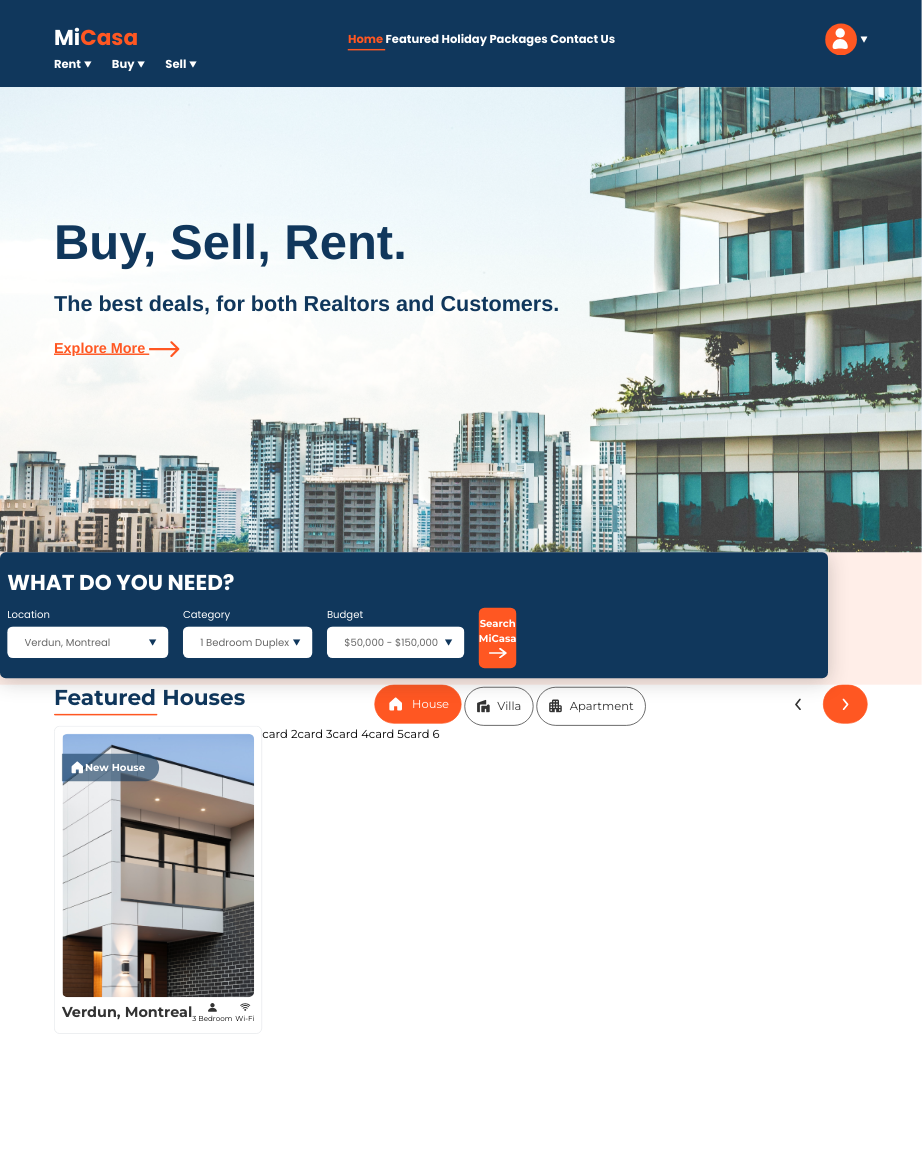
Repository: BenUnyolo/micasa-frontend
Page: index.html
An editor plug-in stored every save of this project. The page is shown before and after the next save, followed by the edit.
The browser window is 1280 px wide. The pictures show the whole page, at 72% of full size.

Above is the page before, as saved 2021-10-17 16:55:02.

### index.html
<!DOCTYPE html>
<html lang="en">
  <head>
    <meta charset="UTF-8" />
    <meta http-equiv="X-UA-Compatible" content="IE=edge" />
    <meta name="viewport" content="width=device-width, initial-scale=1.0" />
    <title>Document</title>
    <link rel="stylesheet" href="tailwind.css" />
  </head>
  <body>
    <!-- HEADER -->
    <header class="pt-8 pb-5 text-white bg-primary-600">
      <div class="inner-container">
        <!-- top row -->
        <div class="flex flex-row justify-between">
          <a
            href="/"
            class="inline-block text-3xl font-bold leading-10 font-poppins"
          >
            Mi<span class="text-secondary-600">Casa</span>
          </a>
          <nav class="flex items-center inline-block">
            <ul class="font-bold li-inline space-x-14 font-poppins">
              <li
                class="
                  text-secondary-600
                  border-b-2
                  pb-0.5
                  border-secondary-600
                "
              >
                <a href="/">Home</a>
              </li>
              <li><a href="#">Featured</a></li>
              <li><a href="#">Holiday Packages</a></li>
              <li><a href="#">Contact Us</a></li>
            </ul>
          </nav>
          <div class="flex flex-row items-center">
            <img src="assets/images/user_avatar.svg" alt="user avatar" />
            <svg
              width="14"
              height="12"
              viewBox="0 0 14 12"
              fill="none"
              xmlns="http://www.w3.org/2000/svg"
              class="pl-1"
            >
              <title>profile dropdown</title>
              <path d="M7 12L0.0717964 0H13.9282L7 12Z" fill="white" />
            </svg>
          </div>
        </div>
        <!-- bottom row -->
        <div>
          <ul class="space-x-6 font-bold li-inline font-poppins">
            <li>
              Rent
              <svg
                width="12"
                height="9"
                viewBox="0 0 12 9"
                fill="none"
                xmlns="http://www.w3.org/2000/svg"
                class="inline-block"
              >
                <path d="M6 9L0.803848 0H11.1962L6 9Z" fill="white" />
              </svg>
            </li>
            <li>
              Buy
              <svg
                width="12"
                height="9"
                viewBox="0 0 12 9"
                fill="none"
                xmlns="http://www.w3.org/2000/svg"
                class="inline-block"
              >
                <path d="M6 9L0.803848 0H11.1962L6 9Z" fill="white" />
              </svg>
            </li>
            <li>
              Sell
              <svg
                width="12"
                height="9"
                viewBox="0 0 12 9"
                fill="none"
                xmlns="http://www.w3.org/2000/svg"
                class="inline-block"
              >
                <path d="M6 9L0.803848 0H11.1962L6 9Z" fill="white" />
              </svg>
            </li>
          </ul>
        </div>
      </div>
    </header>

    <!-- HERO -->
    <div class="hero">
      <div class="flex inner-container">
        <div class="w-6/12">
          <h1 class="text-primary-600">Buy, Sell, Rent.</h1>
          <h2 class="mt-7.5 text-primary-600">
            The best deals, for both Realtors and Customers.
          </h2>
          <a
            href="#"
            class="
              inline-block
              mt-7.5
              text-secondary-600
              font-helvetica font-bold
              text-xl
              underline
            "
            >Explore More
            <svg
              width="43"
              height="23"
              viewBox="0 0 43 23"
              fill="none"
              xmlns="http://www.w3.org/2000/svg"
              class="inline-block"
            >
              <path
                d="M41.6936 12.9142C42.2794 12.3284 42.2794 11.3786 41.6936 10.7929L32.1477 1.24691C31.5619 0.661127 30.6122 0.661127 30.0264 1.24691C29.4406 1.8327 29.4406 2.78245 30.0264 3.36823L38.5117 11.8535L30.0264 20.3388C29.4406 20.9246 29.4406 21.8743 30.0264 22.4601C30.6122 23.0459 31.5619 23.0459 32.1477 22.4601L41.6936 12.9142ZM0.0714722 13.3535H40.633V10.3535H0.0714722V13.3535Z"
                fill="#FF5722"
              />
            </svg>
          </a>
        </div>
      </div>
    </div>

    <!-- SEARCH & HOW IT WORKS -->
    <div class="relative">
      <!-- what do you need -->
      <div
        class="absolute w-full pt-5 -mb-5 text-sm text-white rounded-lg  px-28 pb-7 font-poppins bg-primary-600 absolute-center inner-container -top-32"
        id="homepage-search"
      >
        <h3 class="leading-normal uppercase font-poppins">What do you need?</h3>
        <!-- search boxes -->
        <span class="inline-block w-full mt-3">
          <div class="flex flex-wrap -m-2.5">
            <!-- location -->
            <div class="w-1/3 p-2.5">
              <label for="location" class="block">Location</label>
              <select name="location" id="search-location">
                <option value="verdun-montreal">Verdun, Montreal</option>
                <option value="sthenri-montreal">Saint Henri, Montreal</option>
                <option value="littleburgundy-montreal">
                  Little Burgundy, Montreal
                </option>
              </select>
            </div>
            <!-- category -->
            <div class="w-1/3 p-2.5">
              <label for="category" class="block">Category</label>
              <select name="category" id="search-category">
                <option value="1br-duplex">1 Bedroom Duplex</option>
                <option value="2br-duplex">2 Bedroom Duplex</option>
                <option value="3br-duplex">3 Bedroom Duplex</option>
              </select>
            </div>
            <!-- category -->
            <div class="w-1/3 p-2.5">
              <label for="budget" class="block">Budget</label>
              <select name="budget" id="search-budget">
                <option value="50k-150k">$50,000 - $150,000</option>
                <option value="150k-250k">$150,001 - $250,000</option>
                <option value="250k-350k">$250,001 - $350,000</option>
              </select>
            </div>
            <!-- search button -->
            <div class="w-1/3 p-2.5 ml-auto">
              <div class="relative w-full">
                <button class="absolute btn-standard">
                  Search MiCasa
                  <svg
                    width="25"
                    height="15"
                    viewBox="0 0 25 15"
                    fill="none"
                    xmlns="http://www.w3.org/2000/svg"
                    class="inline-block"
                  >
                    <path
                      d="M1.5625 8H20.0938L14.4219 12.36C14.2906 12.4611 14.1916 12.5778 14.1308 12.7034C14.0699 12.829 14.0483 12.961 14.0672 13.0919C14.1052 13.3564 14.3059 13.6003 14.625 13.77C14.9441 13.9397 15.3555 14.0214 15.7686 13.997C16.1818 13.9726 16.5629 13.8442 16.8281 13.64L24.6406 7.64C24.6932 7.59228 24.7402 7.54214 24.7812 7.49C24.7813 7.44 24.8594 7.41 24.8906 7.36C24.9614 7.24534 24.9985 7.12329 25 7C24.9985 6.87671 24.9614 6.75466 24.8906 6.64C24.8906 6.59 24.8125 6.56 24.7812 6.51C24.7402 6.45786 24.6932 6.40773 24.6406 6.36L16.8281 0.360002C16.6812 0.247119 16.4972 0.156339 16.2893 0.0941181C16.0814 0.0318971 15.8545 -0.000236672 15.625 1.91036e-06C15.2599 -0.000454603 14.9061 0.0809208 14.625 0.230002C14.4668 0.313951 14.336 0.417051 14.2401 0.533399C14.1443 0.649746 14.0852 0.777054 14.0663 0.908031C14.0475 1.03901 14.0692 1.17108 14.1302 1.29668C14.1912 1.42229 14.2903 1.53895 14.4219 1.64L20.0938 6H1.5625C1.1481 6 0.750672 6.10536 0.457646 6.2929C0.16462 6.48043 0 6.73479 0 7C0 7.26522 0.16462 7.51957 0.457646 7.70711C0.750672 7.89464 1.1481 8 1.5625 8Z"
                      fill="white"
                    />
                  </svg>
                </button>
              </div>
            </div>
          </div>
        </span>
      </div>
      <!-- how it works -->
      <div class="pb-10 bg-secondary-600 bg-opacity-10 pt-28 text-grey-800">
        <div class="inner-container">
          <h3 class="text-center">How It Works</h3>
          <div class="flex mt-10">
            <!-- find a listing -->
            <div class="flex w-1/3">
              <div class="flex items-center flex-none">
                <img src="assets/images/find_listing.png" alt="" />
              </div>
              <div class="pl-5">
                <h4 class="font-bold">Find A Listing</h4>
                <p class="mt-2 text-xs">
                  Make a choice of the type of apartment and qualities that
                  appeal to your interest.
                </p>
              </div>
            </div>
            <!-- talk to an agent -->
            <div class="flex w-1/3">
              <div class="flex items-center flex-none">
                <img src="assets/images/talk_to_agent.png" alt="" />
              </div>
              <div class="pl-5">
                <h4 class="font-bold">Talk to an Agent</h4>
                <p class="mt-2 text-xs">
                  Our Agents are available 24 Hours Mon-Sat.
                </p>
              </div>
            </div>
            <!-- set the date -->
            <div class="flex w-1/3">
              <div class="flex items-center flex-none">
                <img src="assets/images/set_date.png" alt="" />
              </div>
              <div class="pl-5">
                <h4 class="font-bold">Set the date and Move in!</h4>
                <p class="mt-2 text-xs">
                  Make payments, get reciept and all other important documents,
                  set your move-in date.
                </p>
              </div>
            </div>
          </div>
        </div>
      </div>
    </div>

    <!-- FEATURED HOUSES -->
    <div class="pt-24 inner-container">
      <!-- title row -->
      <div class="flex flex-row justify-between">
        <!-- title -->
        <h3 class="inline-block orange-underline">Featured Houses</h3>
        <!-- building type buttons -->
        <div class="space-x-7">
          <button class="btn-rounded btn-rounded--orange">
            <svg
              width="25"
              height="24"
              viewBox="0 0 25 24"
              fill="none"
              class="inline-block mr-2.5"
              xmlns="http://www.w3.org/2000/svg"
            >
              <path
                d="M21.298 10.7351V19.179C21.2978 19.4439 21.2261 19.7037 21.0903 19.9311C20.9546 20.1584 20.7599 20.3449 20.5269 20.4707C20.3157 20.5849 20.0789 20.6433 19.8388 20.6402H15.45C15.2562 20.6402 15.0704 20.5632 14.9334 20.4262C14.7964 20.2892 14.7194 20.1033 14.7194 19.9096V15.5253C14.7194 15.3315 14.6424 15.1457 14.5054 15.0087C14.3684 14.8717 14.1825 14.7947 13.9888 14.7947H11.0664C10.8726 14.7947 10.6868 14.8717 10.5497 15.0087C10.4127 15.1457 10.3358 15.3315 10.3358 15.5253V19.9096C10.3358 20.1033 10.2588 20.2892 10.1218 20.4262C9.98476 20.5632 9.79892 20.6402 9.60516 20.6402H5.22491C5.01776 20.6407 4.81289 20.5969 4.62403 20.5118C4.43516 20.4267 4.26667 20.3023 4.12983 20.1467C3.88963 19.8689 3.75934 19.5128 3.76353 19.1456V10.735C3.76368 10.5314 3.8063 10.3301 3.88865 10.1439C3.971 9.95775 4.09128 9.79079 4.2418 9.65371L11.5472 3.01134C11.8155 2.76554 12.1662 2.62918 12.5301 2.62915C12.894 2.62912 13.2448 2.76541 13.5132 3.01116L20.8198 9.6538C20.9703 9.7909 21.0906 9.95787 21.1729 10.1441C21.2552 10.3302 21.2978 10.5315 21.298 10.7351Z"
                class="fill-current"
              />
            </svg>
            House
          </button>
          <button class="btn-rounded">
            <svg
              width="19"
              height="18"
              viewBox="0 0 19 18"
              fill="none"
              class="inline-block mr-2.5"
              xmlns="http://www.w3.org/2000/svg"
            >
              <path
                d="M4.52066 17.0955H1.59825C1.06247 17.0955 0.624107 16.6571 0.624107 16.1213V5.10381C0.624107 4.69468 0.867642 4.33424 1.24756 4.18812L11.9631 0.0675206C12.1112 0.0103599 12.271 -0.00973006 12.4287 0.00899941C12.5864 0.0277289 12.7371 0.0847102 12.8677 0.174983C12.9983 0.265256 13.1048 0.386083 13.1781 0.526948C13.2513 0.667813 13.289 0.824446 13.2879 0.98321V6.37993H5.4948C4.95902 6.37993 4.52066 6.8183 4.52066 7.35407V17.0955ZM14.262 8.32821H7.44307C6.9073 8.32821 6.46894 8.76657 6.46894 9.30235V16.1213C6.46894 16.6571 6.9073 17.0955 7.44307 17.0955H11.3396V13.1989C11.3396 12.6631 11.778 12.2248 12.3138 12.2248C12.8495 12.2248 13.2879 12.6631 13.2879 13.1989V17.0955H17.1845C17.7202 17.0955 18.1586 16.6571 18.1586 16.1213V8.32821C18.1586 7.25666 17.2819 6.37993 16.2103 6.37993C15.1388 6.37993 14.262 7.25666 14.262 8.32821Z"
                class="fill-current"
              />
            </svg>
            Villa
          </button>
          <button class="btn-rounded">
            <svg
              width="19"
              height="19"
              viewBox="0 0 19 19"
              fill="none"
              class="inline-block mr-2.5"
              xmlns="http://www.w3.org/2000/svg"
            >
              <path
                d="M14.3568 8.35402V2.50919C14.3568 1.43764 13.4801 0.560913 12.4086 0.560913H6.56373C5.49218 0.560913 4.61545 1.43764 4.61545 2.50919V4.45746H2.66718C1.59563 4.45746 0.718903 5.33419 0.718903 6.40574V16.1471C0.718903 17.2187 1.59563 18.0954 2.66718 18.0954H8.51201V14.1988H10.4603V18.0954H16.3051C17.3767 18.0954 18.2534 17.2187 18.2534 16.1471V10.3023C18.2534 9.23074 17.3767 8.35402 16.3051 8.35402H14.3568ZM4.61545 16.1471H2.66718V14.1988H4.61545V16.1471ZM4.61545 12.2506H2.66718V10.3023H4.61545V12.2506ZM4.61545 8.35402H2.66718V6.40574H4.61545V8.35402ZM8.51201 12.2506H6.56373V10.3023H8.51201V12.2506ZM8.51201 8.35402H6.56373V6.40574H8.51201V8.35402ZM8.51201 4.45746H6.56373V2.50919H8.51201V4.45746ZM12.4086 12.2506H10.4603V10.3023H12.4086V12.2506ZM12.4086 8.35402H10.4603V6.40574H12.4086V8.35402ZM12.4086 4.45746H10.4603V2.50919H12.4086V4.45746ZM16.3051 16.1471H14.3568V14.1988H16.3051V16.1471ZM16.3051 12.2506H14.3568V10.3023H16.3051V12.2506Z"
                class="fill-current"
              />
            </svg>

            Apartment
          </button>
        </div>
        <!-- arrows -->
        <div>
          <button class="border-white btn-rounded text-grey-800">
            <svg
              width="28"
              height="28"
              viewBox="0 0 28 28"
              fill="none"
              class="inline-block"
              xmlns="http://www.w3.org/2000/svg"
            >
              <path
                d="M17.1585 22.2809C17.4219 22.2815 17.677 22.1892 17.8798 22.0201C17.9939 21.9249 18.0882 21.808 18.1574 21.6761C18.2265 21.5441 18.2691 21.3998 18.2827 21.2513C18.2963 21.1027 18.2807 20.953 18.2367 20.8105C18.1927 20.6681 18.1212 20.5358 18.0263 20.4212L12.9775 14.3431L17.846 8.25361C17.9396 8.13762 18.0095 8.00415 18.0517 7.86089C18.0939 7.71762 18.1075 7.56738 18.0918 7.4188C18.0761 7.27021 18.0313 7.12622 17.9601 6.99509C17.889 6.86396 17.7927 6.74828 17.6769 6.6547C17.5603 6.55147 17.4238 6.4736 17.2759 6.42598C17.1279 6.37837 16.9718 6.36204 16.8173 6.37801C16.6628 6.39398 16.5133 6.44191 16.3781 6.5188C16.2428 6.59569 16.1249 6.69986 16.0316 6.8248L10.5884 13.6287C10.4226 13.8316 10.332 14.0861 10.332 14.3488C10.332 14.6114 10.4226 14.8659 10.5884 15.0688L16.2232 21.8727C16.3362 22.0099 16.4798 22.1184 16.6423 22.1893C16.8049 22.2603 16.9817 22.2917 17.1585 22.2809Z"
                class="fill-current"
              />
            </svg>
          </button>
          <button class="btn-rounded btn-rounded--orange">
            <svg
              width="28"
              height="28"
              viewBox="0 0 28 28"
              fill="none"
              class="inline-block"
              xmlns="http://www.w3.org/2000/svg"
            >
              <path
                d="M11.4953 6.37421C11.232 6.37369 10.9768 6.46597 10.774 6.63503C10.6599 6.73022 10.5656 6.84714 10.4964 6.97907C10.4273 7.11101 10.3847 7.25537 10.3711 7.4039C10.3575 7.55242 10.3731 7.70219 10.4171 7.84462C10.4611 7.98705 10.5326 8.11935 10.6275 8.23394L15.6763 14.3121L10.8078 20.4015C10.7142 20.5175 10.6443 20.651 10.6021 20.7943C10.5599 20.9375 10.5463 21.0878 10.562 21.2364C10.5777 21.3849 10.6225 21.5289 10.6937 21.6601C10.7649 21.7912 10.8611 21.9069 10.9769 22.0005C11.0935 22.1037 11.23 22.1816 11.3779 22.2292C11.5259 22.2768 11.682 22.2931 11.8365 22.2771C11.991 22.2612 12.1405 22.2132 12.2757 22.1364C12.411 22.0595 12.5289 21.9553 12.6222 21.8304L18.0654 15.0265C18.2312 14.8236 18.3218 14.5691 18.3218 14.3064C18.3218 14.0437 18.2312 13.7892 18.0654 13.5863L12.4306 6.78244C12.3176 6.64521 12.174 6.53673 12.0115 6.4658C11.8489 6.39487 11.6721 6.36349 11.4953 6.37421Z"
                class="fill-current"
              />
            </svg>
          </button>
        </div>
      </div>
      <!-- house cards -->
      <div class="flex overflow-x-scroll">
        <!-- card 1 -->
        <div class="flex-none w-1/4 border p-2.5 rounded-lg bg-white">
          <!-- top section -->
          <div class="relative">
            <!-- image -->
            <img
              src="assets/images/house_cards/house_1.png"
              alt="house with balcony"
              class="object-cover w-full rounded-lg h-86"
            />
            <!-- tag -->
            <div class="house-card__tag house-card__tag--new-house">
              New House
            </div>
          </div>
          <!-- title section -->
          <div class="flex justify-between">
            <!-- title -->
            <h4 class="inline-flex items-center text-grey-800">
              Verdun, Montreal
            </h4>
            <!-- icons -->
            <div class="flex-none">
              <!-- bedrooms -->
              <div class="inline-block">
                <div class="text-center">
                  <svg
                    width="18"
                    height="17"
                    viewBox="0 0 18 17"
                    fill="none"
                    xmlns="http://www.w3.org/2000/svg"
                    class="inline-block"
                  >
                    <path
                      d="M4.01701 15.228C4.01701 15.228 3.00223 15.228 3.00223 14.2132C3.00223 13.1984 4.01701 10.1541 9.0909 10.1541C14.1648 10.1541 15.1796 13.1984 15.1796 14.2132C15.1796 15.228 14.1648 15.228 14.1648 15.228H4.01701ZM9.0909 9.13933C9.89831 9.13933 10.6726 8.81859 11.2436 8.24766C11.8145 7.67674 12.1352 6.9024 12.1352 6.09499C12.1352 5.28759 11.8145 4.51325 11.2436 3.94232C10.6726 3.3714 9.89831 3.05066 9.0909 3.05066C8.28349 3.05066 7.50915 3.3714 6.93823 3.94232C6.36731 4.51325 6.04656 5.28759 6.04656 6.09499C6.04656 6.9024 6.36731 7.67674 6.93823 8.24766C7.50915 8.81859 8.28349 9.13933 9.0909 9.13933Z"
                      fill="#333333"
                    />
                  </svg>
                </div>
                <div class="text-center text-xxs">3 Bedroom</div>
              </div>
              <!-- wifi -->
              <div class="inline-block">
                <div class="text-center">
                  <svg
                    width="17"
                    height="17"
                    viewBox="0 0 17 17"
                    fill="none"
                    class="inline-block"
                    xmlns="http://www.w3.org/2000/svg"
                  >
                    <path
                      d="M8.60449 4.65059C10.9625 4.65059 13.1625 5.55259 14.7998 7.18993L15.7425 6.24726C13.8538 4.35793 11.3185 3.31726 8.60449 3.31726C5.89049 3.31793 3.35516 4.35793 1.46649 6.24726L2.40916 7.18993C4.04649 5.55259 6.24649 4.65059 8.60449 4.65059ZM12.3852 10.1886C10.3358 8.13926 6.87316 8.13926 4.82383 10.1886L5.76649 11.1313C7.30449 9.59326 9.90449 9.59326 11.4425 11.1313L12.3852 10.1886Z"
                      fill="#333333"
                    />
                    <path
                      d="M14.2291 8.17933C11.1811 5.13 6.02847 5.13 2.98047 8.17933L3.92314 9.122C6.46114 6.584 10.7485 6.584 13.2865 9.122L14.2291 8.17933Z"
                      fill="#333333"
                    />
                    <path
                      d="M8.60448 13.9839C9.34086 13.9839 9.93782 13.387 9.93782 12.6506C9.93782 11.9142 9.34086 11.3173 8.60448 11.3173C7.8681 11.3173 7.27115 11.9142 7.27115 12.6506C7.27115 13.387 7.8681 13.9839 8.60448 13.9839Z"
                      fill="#333333"
                    />
                  </svg>
                </div>
                <div class="text-center text-xxs">Wi-Fi</div>
              </div>
            </div>
          </div>
        </div>
        <div class="flex-none w-1/4">card 2</div>
        <div class="flex-none w-1/4">card 3</div>
        <div class="flex-none w-1/4">card 4</div>
        <div class="flex-none w-1/4">card 5</div>
        <div class="flex-none w-1/4">card 6</div>
      </div>
      <br />
      <br />
      <br />
      <br />
      <br />
      <br />
      <br />
      <br />
    </div>
  </body>
</html>

### assets/images/icons/house_white.svg
<svg width="22" height="22" viewBox="0 0 22 22" fill="none" xmlns="http://www.w3.org/2000/svg">
<path d="M19.3194 10.0223V17.6787C19.3192 17.9188 19.2542 18.1544 19.1311 18.3606C19.008 18.5667 18.8315 18.7358 18.6202 18.8498C18.4287 18.9535 18.214 19.0064 17.9963 19.0035H14.0168C13.8411 19.0035 13.6726 18.9337 13.5484 18.8095C13.4241 18.6853 13.3543 18.5168 13.3543 18.3411V14.3657C13.3543 14.19 13.2846 14.0215 13.1603 13.8973C13.0361 13.7731 12.8676 13.7033 12.6919 13.7033H10.042C9.86634 13.7033 9.69784 13.7731 9.57361 13.8973C9.44937 14.0215 9.37958 14.19 9.37958 14.3657V18.3411C9.37958 18.5168 9.30978 18.6853 9.18555 18.8095C9.06131 18.9337 8.89281 19.0035 8.71711 19.0035H4.74541C4.55757 19.004 4.37181 18.9643 4.20056 18.8872C4.02931 18.81 3.87653 18.6971 3.75246 18.5561C3.53466 18.3042 3.41652 17.9814 3.42032 17.6484V10.0222C3.42046 9.83761 3.4591 9.65508 3.53377 9.48626C3.60844 9.31744 3.7175 9.16605 3.85398 9.04176L10.478 3.01891C10.7213 2.79603 11.0393 2.67239 11.3693 2.67236C11.6993 2.67233 12.0173 2.79591 12.2606 3.01874L18.8858 9.04185C19.0223 9.16616 19.1313 9.31756 19.206 9.48637C19.2806 9.65518 19.3192 9.83771 19.3194 10.0223Z" fill="white"/>
</svg>

Loaded but not shown: tailwind.css (library)

After the next save:
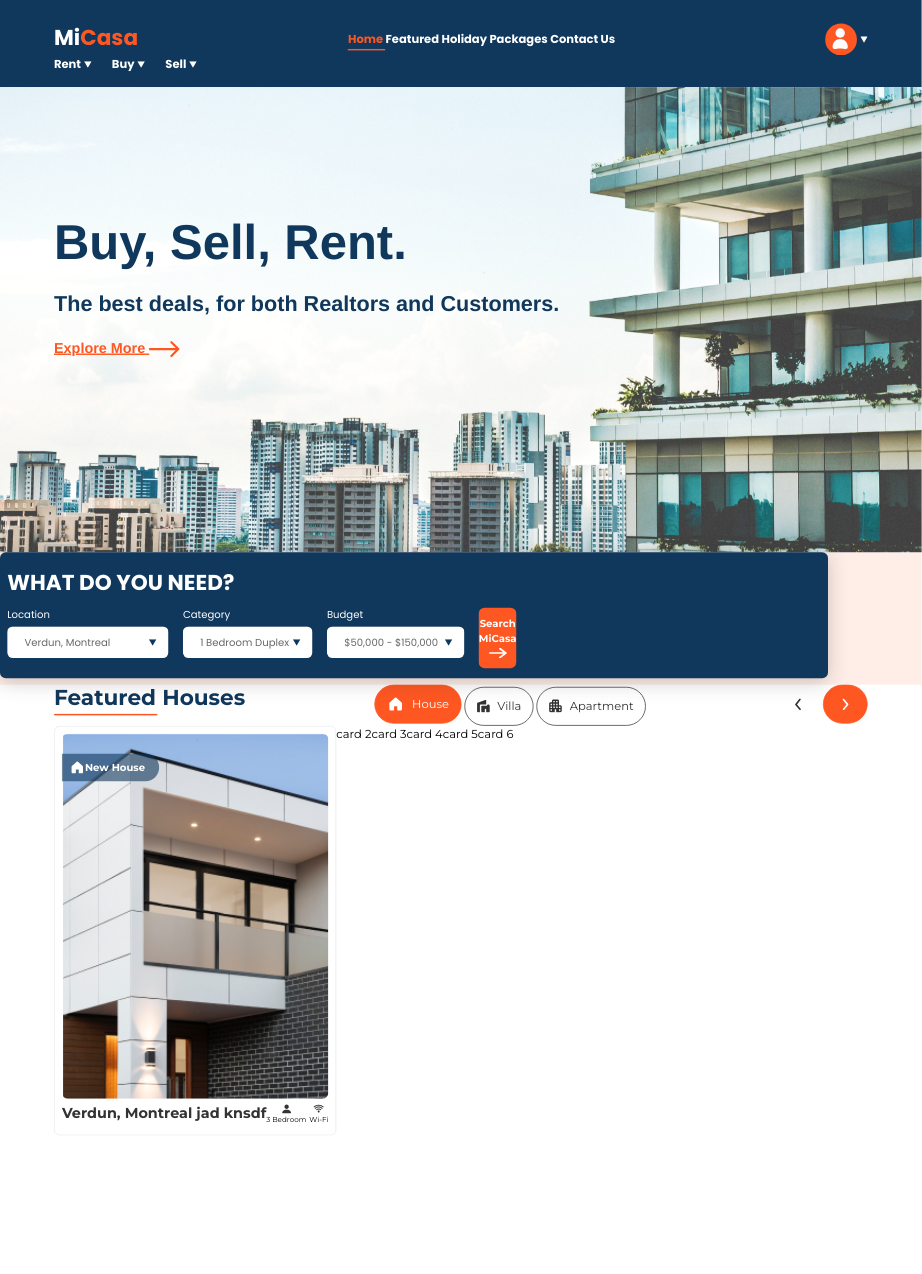
Saved 18 s later.
--- a/index.html
+++ b/index.html
@@ -360,7 +360,7 @@
           <div class="flex justify-between">
             <!-- title -->
             <h4 class="inline-flex items-center text-grey-800">
-              Verdun, Montreal
+              Verdun, Montreal jad knsdf
             </h4>
             <!-- icons -->
             <div class="flex-none">
